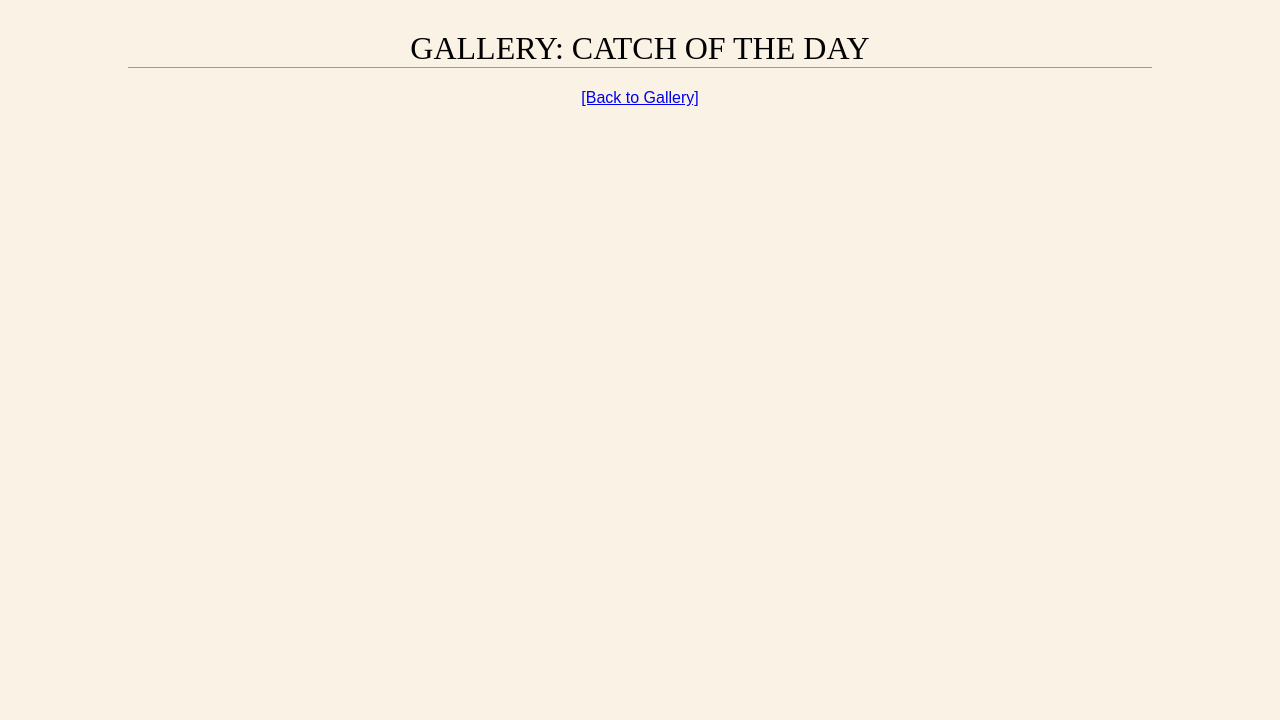
Repository: Colo-Codes/code-practice
Page: gallery/fish.html
An editor plug-in stored every save of this project. The page is shown before and after the next save, followed by the edit.
The browser window is 1280 px wide. The pictures show the whole page.

Above is the page before, as saved 2021-04-27 14:47:24.

### gallery/fish.html
<!doctype html>
<html>
<head>
<meta charset="UTF-8">
<title>Gallery: Catch of the Day</title>
<style>
body {
  background-color: #faf2e4;
  margin: 0 10%;
  font-family: sans-serif;
  text-align: center;
  }

h1 {
  text-align: center;
  font-family: serif;
  font-weight: normal;
  text-transform: uppercase;
  border-bottom: 1px solid #57b1dc;
  margin-top: 30px;
}

</style>

</head>

<body>

<h1>Gallery: Catch of the Day</h1>

<p></p>

<p><a href="index.html">[Back to Gallery]</a></p>

</body>
</html>

After the next save:
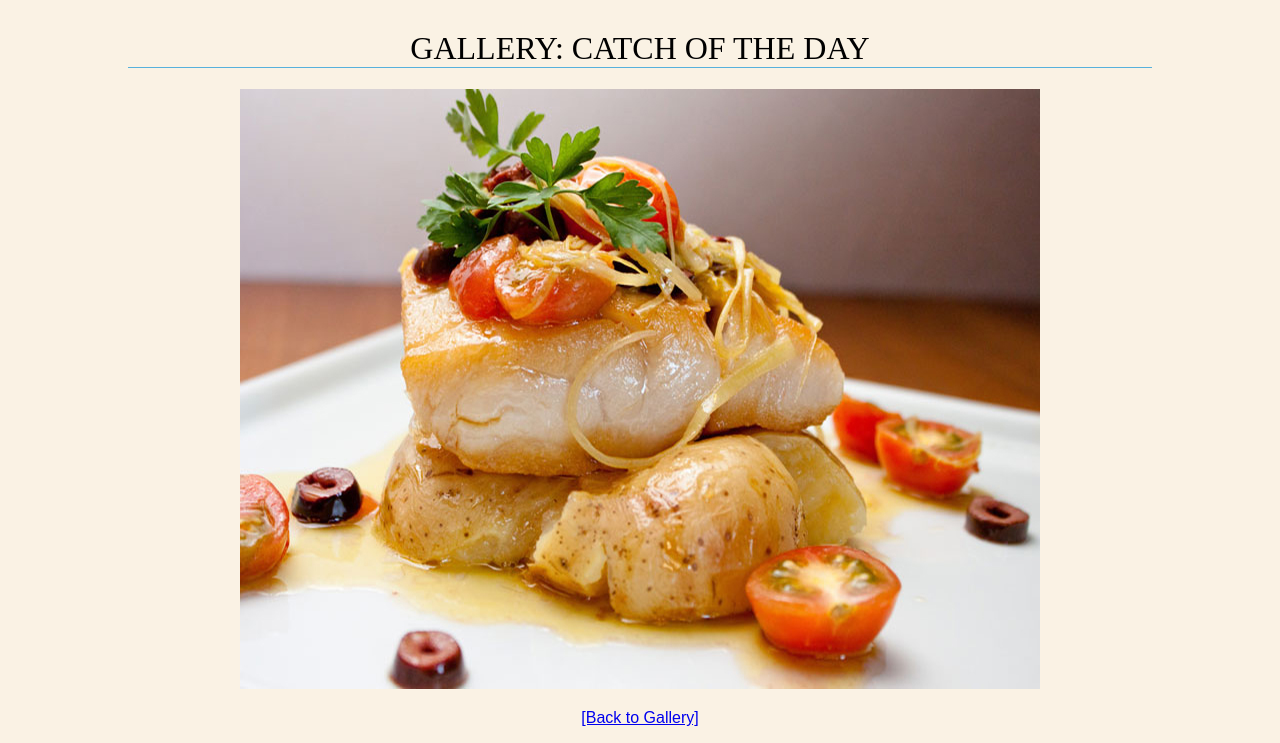
Saved 52 s later.
--- a/gallery/fish.html
+++ b/gallery/fish.html
@@ -28,7 +28,7 @@ h1 {
 
 <h1>Gallery: Catch of the Day</h1>
 
-<p></p>
+<p><img src="photos/fish-800.jpg" alt="Happy fish dancing among tomatoes about to be eaten."></p>
 
 <p><a href="index.html">[Back to Gallery]</a></p>
 
